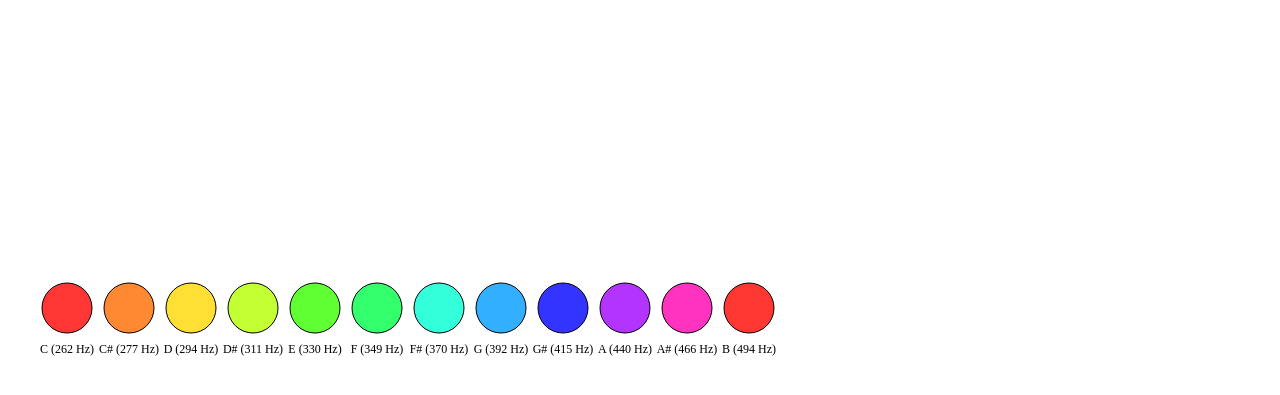
Repository: studiorichie/richielau.com
Page: assets/sound-to-color.html
The author's editor kept a copy of each file at every save. The page is drawn from the files as they stood at one save, then again after the next save.
The browser window is 1280 px wide. The pictures show the whole page.

Above is the page before, as saved 2024-11-06 18:32:13.

After the next save:
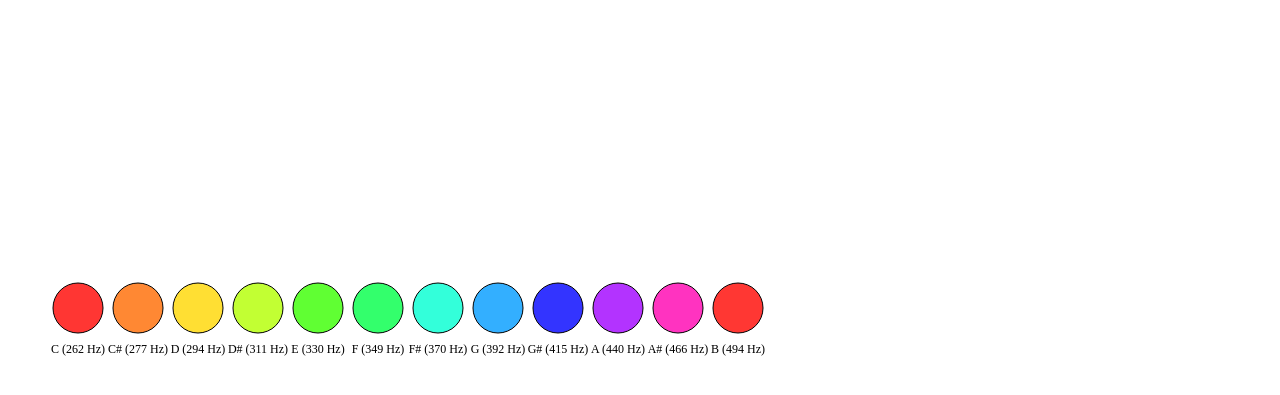
Saved 103 s later.
--- a/assets/sound-to-color.html
+++ b/assets/sound-to-color.html
@@ -57,7 +57,7 @@
         const height = svg.attr("height");
 
         const circleRadius = 25; // Radius of each circle
-        const padding = 12; // Space between circles
+        const padding = 10; // Space between circles
 
         // Calculate the total width for the row of circles (number of circles * diameter + spaces between)
         const totalRowWidth = (keys.length * (circleRadius * 2)) + ((keys.length - 1) * padding);
